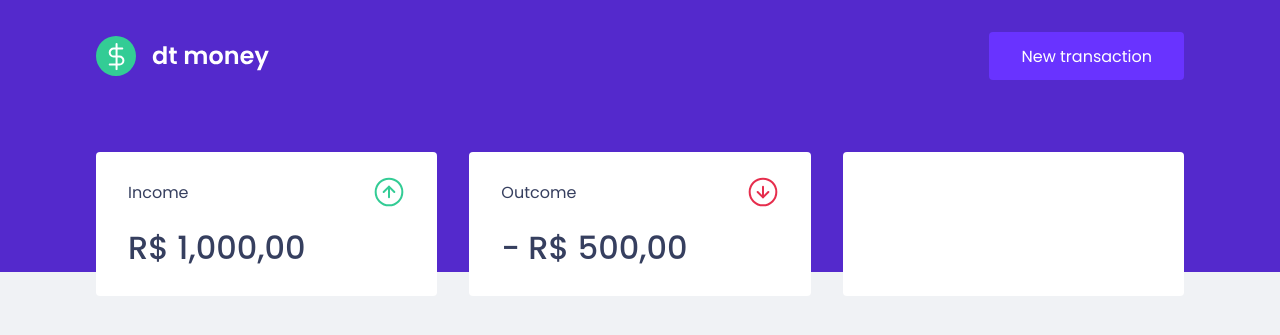
Repository: JoseGu1llardi/dtmoney
Page: /
The author's editor kept a copy of each file at every save. The page is drawn from the files as they stood at one save, then again after the next save.
The browser window is 1280 px wide. The pictures show the whole page.
The project was rebuilt for these pictures with package versions that can differ from the ones it lists, and the page was loaded fresh each time.

Above is the page before, as saved 2022-12-30 15:19:13.

### public/index.html
<!DOCTYPE html>
<html lang="en">
  <head>
    <link rel="preconnect" href="https://fonts.googleapis.com" />
    <link rel="preconnect" href="https://fonts.gstatic.com" crossorigin />

    <meta charset="utf-8" />
    <meta name="viewport" content="width=device-width, initial-scale=1" />

    <link
      href="https://fonts.googleapis.com/css2?family=Poppins:wght@400;500;600&display=swap"
      rel="stylesheet"
    />

    <link rel="shortcut icon" href="favicon.png" type="image/png" />

    <title>Guillardi Money</title>
  </head>
  <body>
    <noscript>You need to enable JavaScript to run this app.</noscript>
    <div id="root"></div>
  </body>
</html>

### src/index.tsx
import { StrictMode } from 'react';
import { createRoot } from 'react-dom/client';
import { App } from './App';

const root = createRoot(
  document.getElementById('root') as HTMLElement
);
root.render(
  <StrictMode>
    <App />
  </StrictMode>
);

### src/App.tsx
import { Dashboard } from "./components/Dashboard";
import { Header } from "./components/Header";

import { GlobalStyle } from "./styles/global";

export function App() {
  return (
    <>
      <Header />
      <Dashboard />
      <GlobalStyle />
    </>
  );
}

### src/components/Dashboard/index.tsx
import { Summary } from "../Summary";

import { Container } from "./styles";


export function Dashboard() {
    return (
        <Container>
            <Summary />
        </Container>
    )
}

### src/components/Header/index.tsx
import logoImg from '../../assets/logo.svg'
import { Container, Content } from './styles'

export function Header() {
    return (
        <Container>
            <Content>
                <img src={logoImg} alt="Logo Guillardi Money" />
                <button>
                    New transaction
                </button>
            </Content>
        </Container>
    )
}

### src/styles/global.ts
import { createGlobalStyle } from "styled-components";

export const GlobalStyle = createGlobalStyle`
    :root {
        --background: #F0F2F5;
        --red: #e52e4d;
        --blue: #5429cc;
        --green: #33cc95;

        --blue-light: #6933ff;

        --text-title: #363f5f;
        --text-body: #969cb3;

        --background: #f0f2f5;
        --shape: #ffffff;
    }

    * {
        margin: 0;
        padding: 0;
        box-sizing: border-box;
    }

    html {
        @media (max-width: 1080px) {
            font-size: 93.75%;

        @media (max-width: 720px) {
            font-size: 87.5%;
        }
    }

    }

    body {
        background: var(--background);
        -webkit-font-smoothing: antialiased;
    }

    body, input, textarea, button {
        font-family: 'Poppins', sans-serif;
        font-weight: 400;
    }

    h1, h2, h3, h4, h5, h6, strong {
        font-weight: 600;
    }

    button {
        cursor: pointer;
    }

    [disabled] {
        opacity: 0.6;
        cursor: not-allowed;
    }
`;

### src/components/Summary/index.tsx
import { Container } from './styles';

import incomeImg from '../../assets/income.svg';
import outcomeImg from '../../assets/outcome.svg';
import totalImg from '../../assets/total.svg';

export function Summary() {
    return (
        <Container>
            <div>
                <header>
                    <p>Income</p>
                    <img src={incomeImg} alt="Logo income" />
                </header>
                <strong>R$ 1,000,00</strong>
            </div>

            <div>
                <header>
                    <p>Outcome</p>
                    <img src={outcomeImg} alt="Logo outcome" />
                </header>
                <strong>- R$ 500,00</strong>
            </div>

            <div className="highlight-background">
                <header>
                    <p>Total</p>
                    <img src={totalImg} alt="Logo total" />
                </header>
                <strong>R$ 500,00</strong>
            </div>
        </Container>
    )
}

### src/components/Header/styles.ts
import styled from "styled-components";

export const Container = styled.header`
  background: var(--blue);
`;

export const Content = styled.div`
  max-width: 1120px;
  margin: 0 auto;

  padding: 2rem 1rem 12rem;
  display: flex;
  align-items: center;
  justify-content: space-between;

  button {
    font-size: 1rem;
    color: white;
    background: var(--blue-light);
    border: 0;
    padding: 0 2rem;
    border-radius: 0.25rem;
    height: 3rem;

    transition: filter 0.2s;

    &:hover {
      filter: brightness(0.9);
    }
  }
`;

### src/components/Summary/styles.ts
import styled from "styled-components";

export const Container = styled.div`
  display: grid;
  grid-template-columns: repeat(3, 1fr);
  gap: 2rem;
  margin-top: -10rem;

  div {
    background: var(--shape);
    padding: 1.5rem 2rem;
    border-radius: 0.25rem;
    color: var(--text-title);

    header {
      display: flex;
      align-items: center;
      justify-content: space-between;
    }

    strong {
      display: block;
      margin-top: 1rem;
      font-size: 2rem;
      font-weight: 500;
    }

    &.highlight-background {
      background-: var(--green);
      color: white;
    }
  }
`;

Loaded but not shown: src/components/Dashboard/styles.ts (common file)

After the next save:
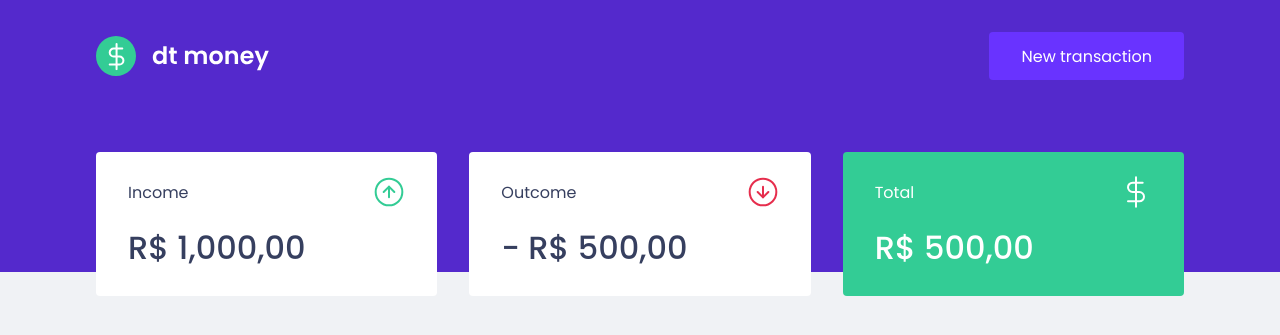
Saved 12 s later.
--- a/src/components/Summary/styles.ts
+++ b/src/components/Summary/styles.ts
@@ -26,7 +26,7 @@ export const Container = styled.div`
     }
 
     &.highlight-background {
-      background-: var(--green);
+      background: var(--green);
       color: white;
     }
   }
